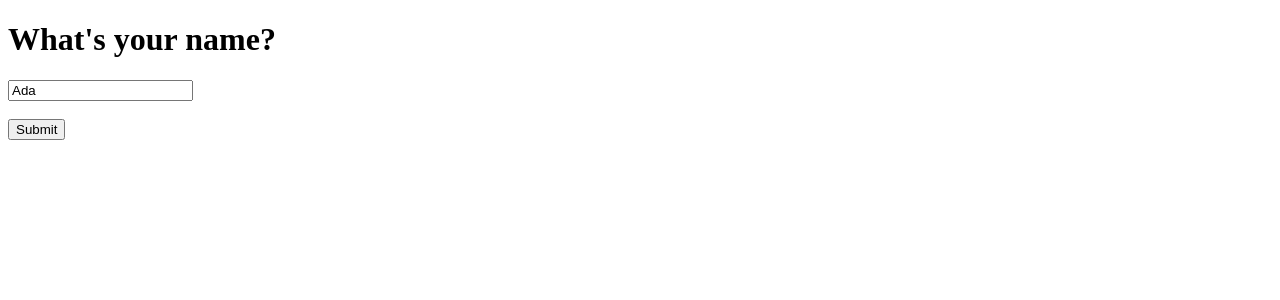
Repository: robinexcalibur/BasicMathServer
Page: EclipseMathWebServer/MathWebServer/WebContent/index.html
The author's editor kept a copy of each file at every save. The page is drawn from the files as they stood at one save, then again after the next save.
The browser window is 1280 px wide. The pictures show the whole page.
The page's requests for data from a server got no answer.

Above is the page before, as saved 2020-05-27 17:07:11.

### EclipseMathWebServer/MathWebServer/WebContent/index.html
<!DOCTYPE html>
<html>
	<head>
		<title>Enter Your Name</title>
	</head>
	<body>
		<h1>What's your name?</h1>
		<form action="/hello" method="POST">
			<input type="text" name="name" value="Ada">
			<br/><br/>
			<input type="submit" value="Submit">
		</form>
	</body>
</html>

After the next save:
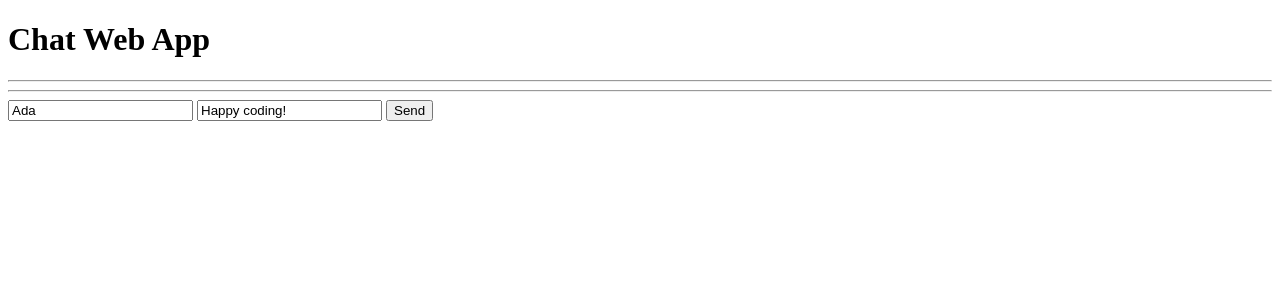
Saved 13 s later.
--- a/EclipseMathWebServer/MathWebServer/WebContent/index.html
+++ b/EclipseMathWebServer/MathWebServer/WebContent/index.html
@@ -1,14 +1,46 @@
 <!DOCTYPE html>
 <html>
-	<head>
-		<title>Enter Your Name</title>
-	</head>
-	<body>
-		<h1>What's your name?</h1>
-		<form action="/hello" method="POST">
-			<input type="text" name="name" value="Ada">
-			<br/><br/>
-			<input type="submit" value="Submit">
-		</form>
-	</body>
+<head>
+	<title>Chat Web App</title>
+
+	<script>
+		function getChats(){
+			var ajaxRequest = new XMLHttpRequest();
+			ajaxRequest.onreadystatechange = function(){
+
+				if(ajaxRequest.readyState == 4){
+					//the request is completed, now check its status
+					if(ajaxRequest.status == 200){
+						document.getElementById("chats").innerHTML = ajaxRequest.responseText;
+					}
+					else{
+						console.log("Status error: " + ajaxRequest.status);
+					}
+				}
+				else{
+					console.log("Ignored readyState: " + ajaxRequest.readyState);
+				}
+			}
+			ajaxRequest.open('GET', '/chat');
+			ajaxRequest.send();
+
+			//refresh the chats in one second
+			setTimeout(getChats, 1000);
+		}
+
+	</script>
+</head>
+<body onload="getChats()">
+	<h1>Chat Web App</h1>
+	<hr />
+	<div id="chats"></div>
+	<hr />
+
+	<form action="/chat" method="POST">
+		<input type="text" name="name" value="Ada">
+		<input type="text" name="message" value="Happy coding!">
+		<input type="submit" value="Send">
+	</form>
+
+</body>
 </html>
